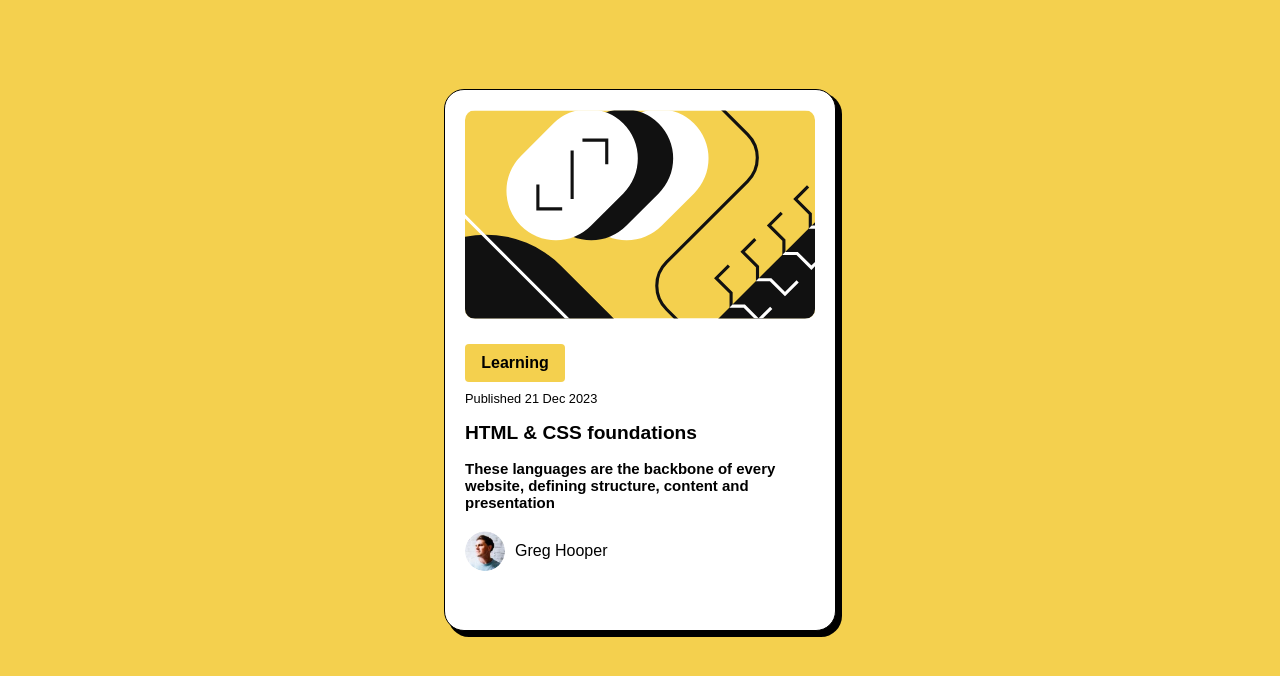
Repository: brandontaylor1/blogpreviewcard
Page: index.html
An editor plug-in stored every save of this project. The page is shown before and after the next save, followed by the edit.
The browser window is 1280 px wide. The pictures show the whole page.

Above is the page before, as saved 2024-12-25 11:45:06.

### index.html
<!DOCTYPE html>
<html lang="en">
<head>
    <meta charset="UTF-8">
    <meta name="viewport" content="width=device-width, initial-scale=1.0">
    <link rel="stylesheet" href="./index.css">
    <title>HTML & CSS Foundations</title>
</head>
<body>
    <main class="container">
        <div class="img-container">
            <img src="./images/illustration-article.svg" class="heading-img" alt="">
        </div>
        <div class="card-content">
            <p id="learning-tag">Learning</p>
            <div class="card-content-text">
                <p>Published 21 Dec 2023</p>
                <h2>HTML & CSS foundations</h2>
                <h3>These languages are the backbone of every website, defining structure, content and presentation</h3>
            </div>
        </div>
        <div class="user-footer">
            <img src="./images/image-avatar.webp" alt="person-image">
            <p>Greg Hooper</p>
        </div>
    </main>

    <script src="index.js"></script>
</body>
</html>

### index.css
:root {
    /* COLORS */
    --primary-yellow: hsl(47, 88%, 63%);
    --primary-white: hsl(0, 0%, 100%);
    --primary-gray-reg: hsl(0, 0%, 42%);
    --primary-gray-bold: hsl(0, 0%, 7%);

    --main-font-size: 16px;

    --main-font-family: 'Figtree', sans-serif;
    --main-font-weight-reg: 500;
    --main-font-weight-bold: 800;
}


body {
    box-sizing: border-box;
    margin: 0;
    padding: 0;
    height: 100vh;
    font-family: var(--main-font-family);
    display: flex;
    align-items: center;
    justify-content: center;
    background-color: var(--primary-yellow);
}

.container {
    width: 350px;
    height: 500px;
    margin: 0 auto;
    padding: 0 20px;
    background-color: var(--primary-white);
    width: 350px;
    padding: 20px;
    border-radius: 20px;
    border: 1px solid black;
    box-shadow: 5px 5px 0 1px rgba(0, 0, 0, 1);
    transition: box-shadow 0.3s ease;
}

.container:hover {
    box-shadow: 0 0 0 0 rgba(0, 0, 0, 0.5);
}

.heading-img {
    width: 100%;
    margin-bottom: 5px;
    border-radius: 10px;
}

.card-content {
    width: 100%;
    display: flex;
    flex-direction: column;
    align-items: left;
    justify-content: left;
}

#learning-tag {
    background-color: var(--primary-yellow);
    padding: 10px;
    border-radius: 4px;
    font-weight: var(--main-font-weight-bold);
    width: 80px;
    text-align: center;

}

.card-content-text {
    margin-top: -20px;
    font-size: .8rem;
}




.user-footer {
    display: flex;
    align-items: center;

}

.user-footer img {
    width: 40px;
    height: 40px;
    border-radius: 50%;
    margin-right: 10px;
}

Loaded but not shown: index.js (no stored copy; drawn as an empty file)

After the next save:
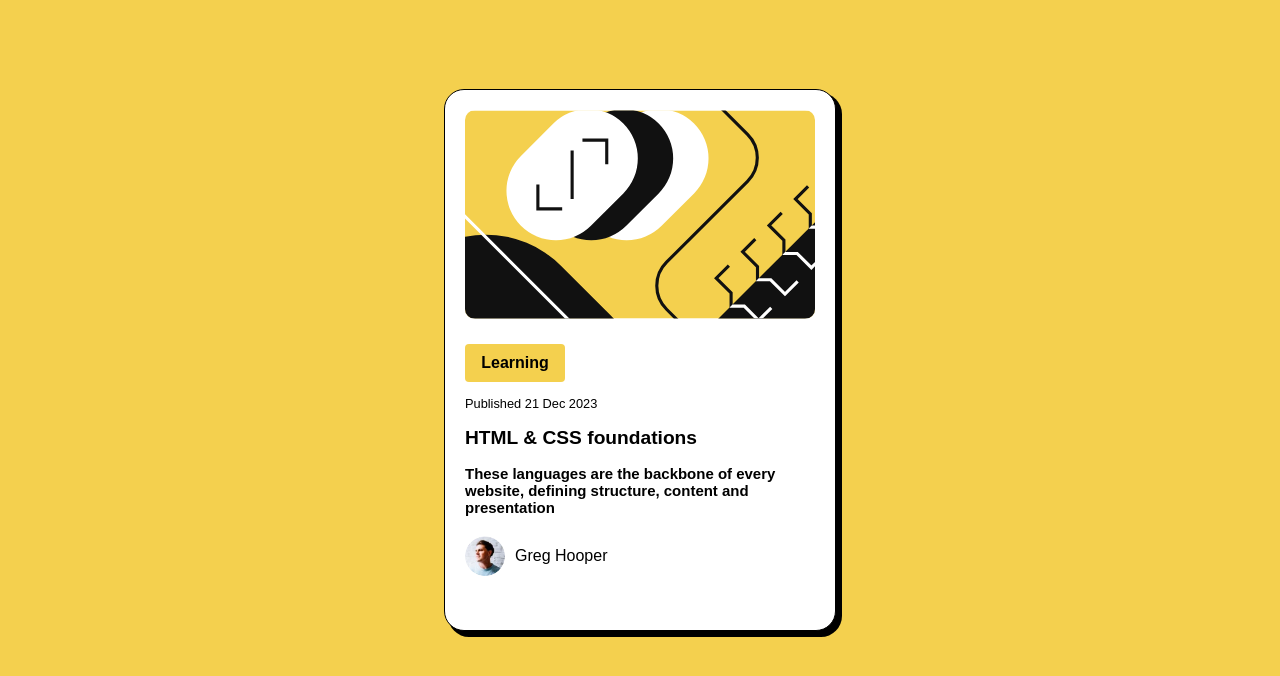
Saved 6 s later.
--- a/index.css
+++ b/index.css
@@ -68,7 +68,7 @@ body {
 }
 
 .card-content-text {
-    margin-top: -20px;
+    margin-top: -15px;
     font-size: .8rem;
 }
 
